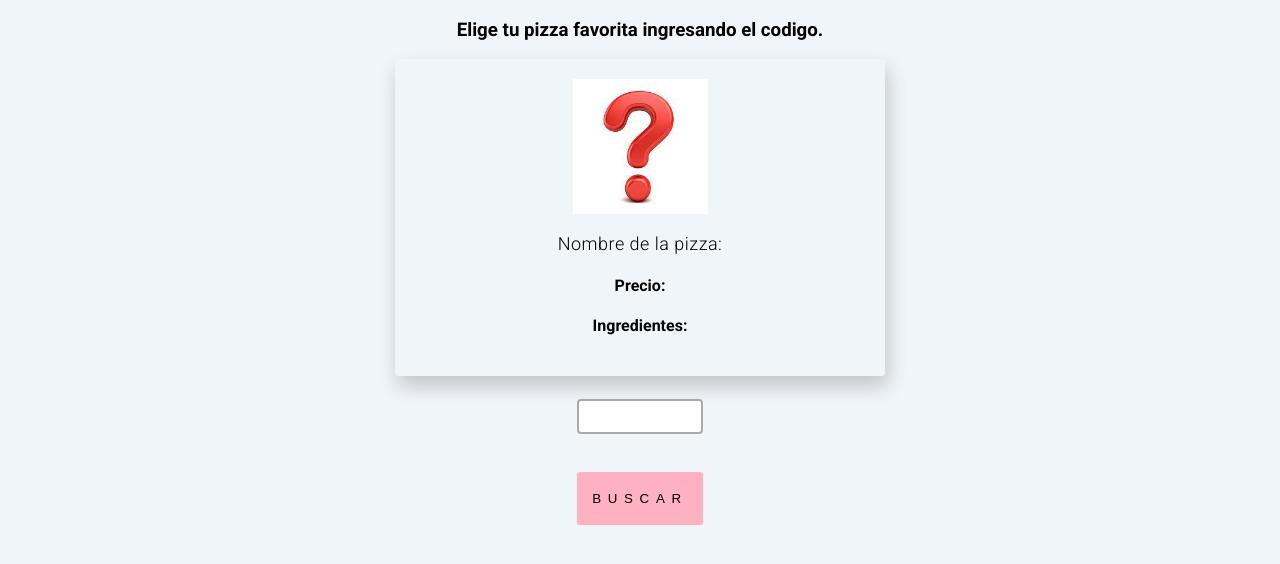
Repository: lucas-itup/E1-JAVASCRIPT
Page: index.html
These files come from the project's save history. The page is drawn as it stood at one moment and after the next save; the edit follows.
The browser window is 1280 px wide. The pictures show the whole page.
Some web libraries are served in a nearby version.

Above is the page before, as saved 2022-09-27 23:05:46.

### index.html
<!DOCTYPE html>
<html lang="en">

<head>
    <meta charset="UTF-8">
    <meta http-equiv="X-UA-Compatible" content="IE=edge">
    <meta name="viewport" content="width=device-width, initial-scale=1.0">
    <link rel="stylesheet" href="/stylesheet/styles.css">
    <title>E1-JAVASCRIPT</title>
    <link href="https://fonts.googleapis.com/css?family=Roboto:300,400,700&display=swap" rel="stylesheet">
    <script src="https://kit.fontawesome.com/c8ee3dd930.js"></script>
</head>

<body>
    <div id="listado-pizzas" style="text-align: center;">
        <div>
            <h3>Elige tu pizza favorita ingresando el codigo.</h3>
            <div class="card">
                <img id="img-pizza" src="" alt="Avatar" style="width:30%">
                <div class="container">
                    <h2>Nombre de la pizza: <span id="nombre-pizza"> </span></h2>
                    <h4>Precio: <span id="precio-pizza"></span></h4>
                    <h4>Ingredientes: <span id="ingredientes-pizza"></span></h4>
                </div>
            </div>
        </div>
        <div>
            <input type="number" value="" id="value-id">
            <p id="input-vacio"> </p>
            <button id="buscar-pizza" onclick="buscarPizza()" type="button">Buscar</button>
        </div>
    </div>

    <script src="/assets/index.js"></script>
</body>

</html>

### stylesheet/styles.css
body {
    font-family: 'Roboto', sans-serif;
    background: #f0f5f9;
}

input[type=number] {
    width: 10%;
    border: 2px solid #aaa;
    border-radius: 4px;
    margin: 8px 0;
    outline: none;
    padding: 8px;
    box-sizing: border-box;
    transition: .3s;
}

#buscar-pizza:hover {
    letter-spacing: 0.8em;
    background-color: #F08C99;
}

#hello {
    color: white;
}

button {
    height: 4em;
    width: 10%;
    padding: 1.5em auto;
    margin: 1em auto;
    background-color: #FEB1C0;
    border: none;
    border-radius: 3px;
    text-transform: uppercase;
    letter-spacing: 0.5em;
    transition: all 0.2s cubic-bezier(.4, 0, .2, 1);
}

input[type=number]:focus {
    border-color: dodgerBlue;
    box-shadow: 0 0 8px 0 dodgerBlue;
}

.card {
    position: relative;
    margin: 15px auto;
    width: 450px;
    padding: 20px;
    box-shadow: 3px 10px 20px rgba(0, 0, 0, 0.2);
    border-radius: 3px;
    border: 0;
    .circle {
        border-radius: 3px;
        width: 150px;
        height: 150px;
        background: black;
        position: absolute;
        right: 0px;
        top: 0;
        background-image: linear-gradient(to top, #fbc2eb 0%, #a6c1ee 100%);
        border-bottom-left-radius: 170px;
    }
    .content {
        margin-top: 25px;
        display: flex;
        flex-direction: column;
    }
    h1 {
        font-size: 34px;
        font-weight: bold;
        margin-bottom: 0;
    }
    h2 {
        font-size: 18px;
        letter-spacing: 0.5px;
        font-weight: 300;
    }
    .social {
        margin-bottom: 5px;
        a {
            text-decoration: none !important;
            color: black;
            margin-left: 8px;
            font-weight: 300;
            i {
                font-weight: 400;
            }
        }
    }
    .location {
        display: flex;
        align-items: center;
        justify-content: center;
        flex-direction: column;
        i {
            color: red;
        }
        p {
            font-weight: 300;
        }
    }
}

### assets/index.js
window.onload = (event) => {
    var precioPizza = document.getElementById('precio-pizza');
    var nombrePizza = document.getElementById('nombre-pizza');
    var ingredientesPizza = document.getElementById('ingredientes-pizza');
    var imgPizza = document.getElementById("img-pizza");
    console.log(localStorage.getItem);

    if (localStorage.length > 0) {
        precioPizza.textContent = localStorage.getItem("precioPizza");

        nombrePizza.textContent = localStorage.getItem("nombrePizza");

        ingredientesPizza.textContent = localStorage.getItem("ingredientesPizza");

        imgPizza.setAttribute('src', localStorage.getItem("imagenPizza"));
    } else {
        imgPizza.setAttribute('src', '/img/descarga (4).jpg');
    }
};
let pizza1 = {
    id: '1',
    nombre: 'Muzarella',
    ingredientes: [
        'tomate', 'muzarella', 'oregano'
    ],
    precio: '600',
    imagen: '/img/descarga (1).jpg',
}
let pizza2 = {
    id: '2',
    nombre: 'Napolitana',
    ingredientes: [
        'jamon', 'huevo', 'queso'
    ],
    precio: '300',
    imagen: '/img/descarga (2).jpg',
}
let pizza3 = {
    id: '3',
    nombre: 'Americana',
    ingredientes: [
        'huevoFrito', 'peperoni', 'roquefort'
    ],
    precio: '200',
    imagen: '/img/descarga (3).jpg',
}
let pizza4 = {
    id: '4',
    nombre: 'Rucula',
    ingredientes: [
        'verduras', 'palmito', 'especias'
    ],
    precio: '500',
    imagen: '/img/descarga.jpg',
}
let pizza5 = {
    id: '5',
    nombre: 'Especial',
    ingredientes: [
        'salsa', 'harina', 'crema'
    ],
    precio: '800',
    imagen: '/img/images (1).jpg',
}
let pizza6 = {
    id: '6',
    nombre: 'DE_LA_CASA',
    ingredientes: [
        'anchoas', 'pimientos', 'hongos'
    ],
    precio: '900',
    imagen: '/img/images.jpg',
}

let pizzas = [pizza1, pizza2, pizza3, pizza4, pizza5, pizza6]
let listado = document.getElementById('listado-pizzas');

const buscarPizza = () => {
    let valueid = document.getElementById('value-id').value;
    var precioPizza = document.getElementById('precio-pizza');
    var nombrePizza = document.getElementById('nombre-pizza');
    var ingredientesPizza = document.getElementById('ingredientes-pizza');
    var inputVacio = document.getElementById('input-vacio');
    var imgPizza = document.getElementById("img-pizza");
    inputVacio.textContent = "";
    precioPizza.textContent = "";
    nombrePizza.textContent = "";
    imgPizza.setAttribute('src', '/img/descarga (4).jpg');

    if (valueid == "") return inputVacio.textContent = "Debes ingresar un valor numerico."

    var found = pizzas.find(function(post, index) {
        inputVacio.textContent = ""
        if (post.id == valueid) {
            precioPizza.textContent = post.precio;
            localStorage.setItem("precioPizza", post.precio);
            nombrePizza.textContent = post.nombre;
            localStorage.setItem("nombrePizza", post.nombre);
            ingredientesPizza.textContent = post.ingredientes.join(", ");
            localStorage.setItem("ingredientesPizza", post.ingredientes.join(", "));
            imgPizza.setAttribute('src', post.imagen);
            localStorage.setItem("imagenPizza", post.imagen);
            return true;
        }
    });

    if (found == undefined) return inputVacio.textContent = "El codigo ingresado es incorrecto."


}

After the next save:
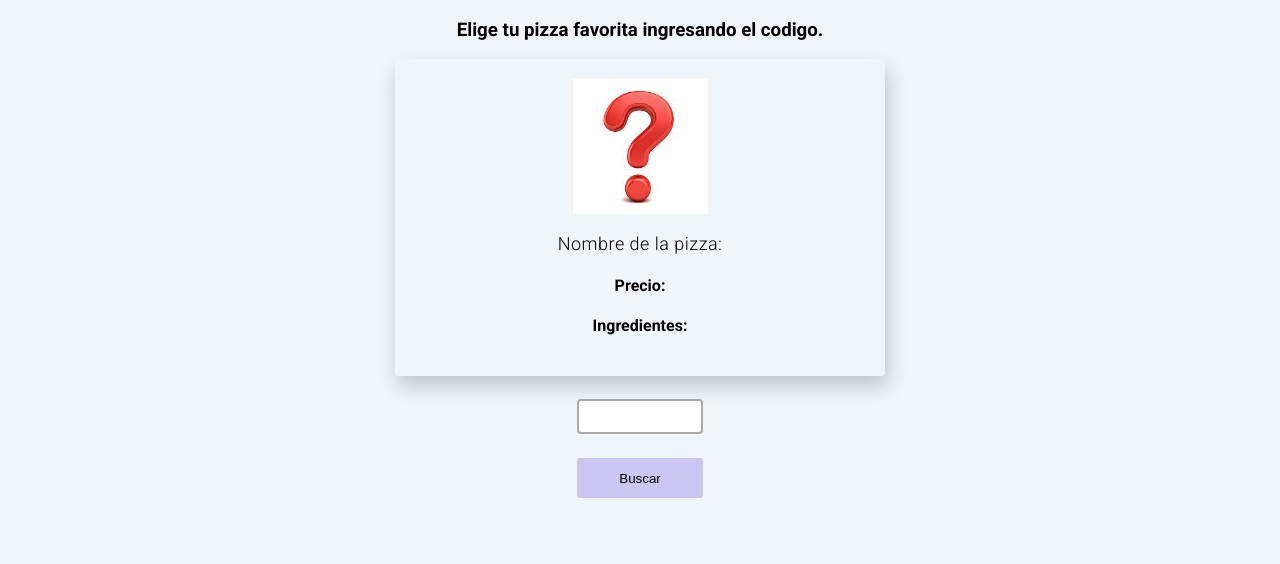
Saved 5 min 41 s later.
--- a/stylesheet/styles.css
+++ b/stylesheet/styles.css
@@ -24,15 +24,15 @@ input[type=number] {
 }
 
 button {
-    height: 4em;
+    height: 3em;
     width: 10%;
     padding: 1.5em auto;
-    margin: 1em auto;
-    background-color: #FEB1C0;
+    /* margin: 1em auto; */
+    background-color: #ccc7f2;
     border: none;
     border-radius: 3px;
-    text-transform: uppercase;
-    letter-spacing: 0.5em;
+    /* text-transform: uppercase; */
+    /* letter-spacing: 0.5em; */
     transition: all 0.2s cubic-bezier(.4, 0, .2, 1);
 }
 
